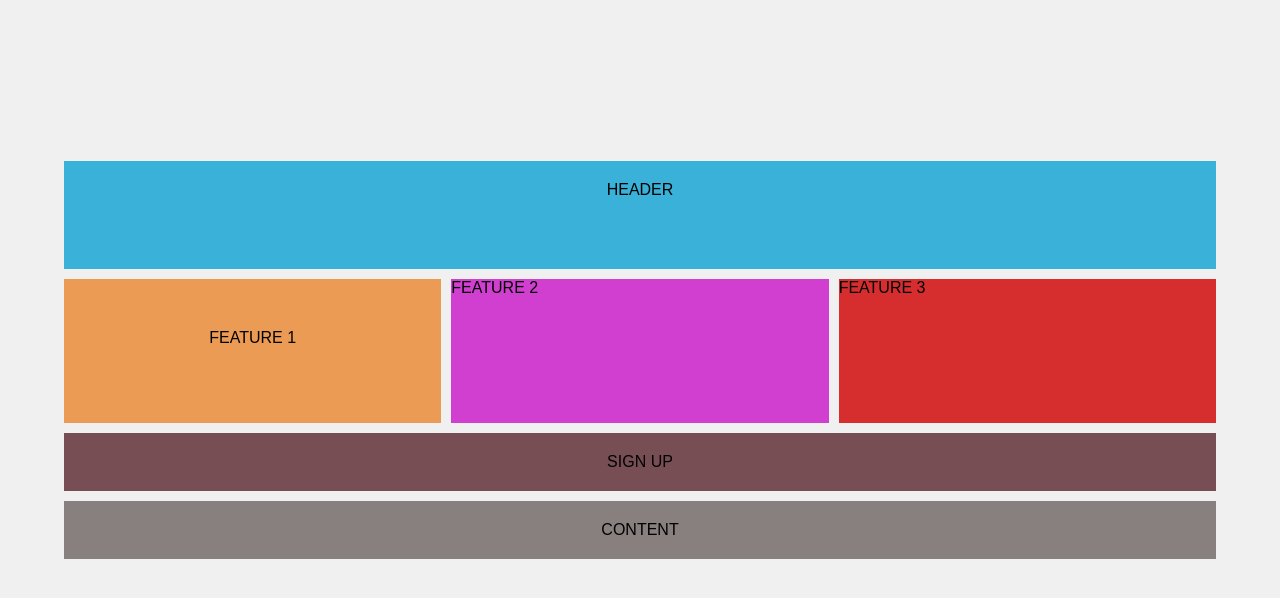
Repository: viveknaidu007/repo-152-FSD-InnomaticsTasksSep2024
Page: task_3/index.html
These files come from the project's save history. The page is drawn as it stood at one moment and after the next save; the edit follows.
The browser window is 1280 px wide. The pictures show the whole page.

Above is the page before, as saved 2024-10-02 11:43:17.

After the next save:
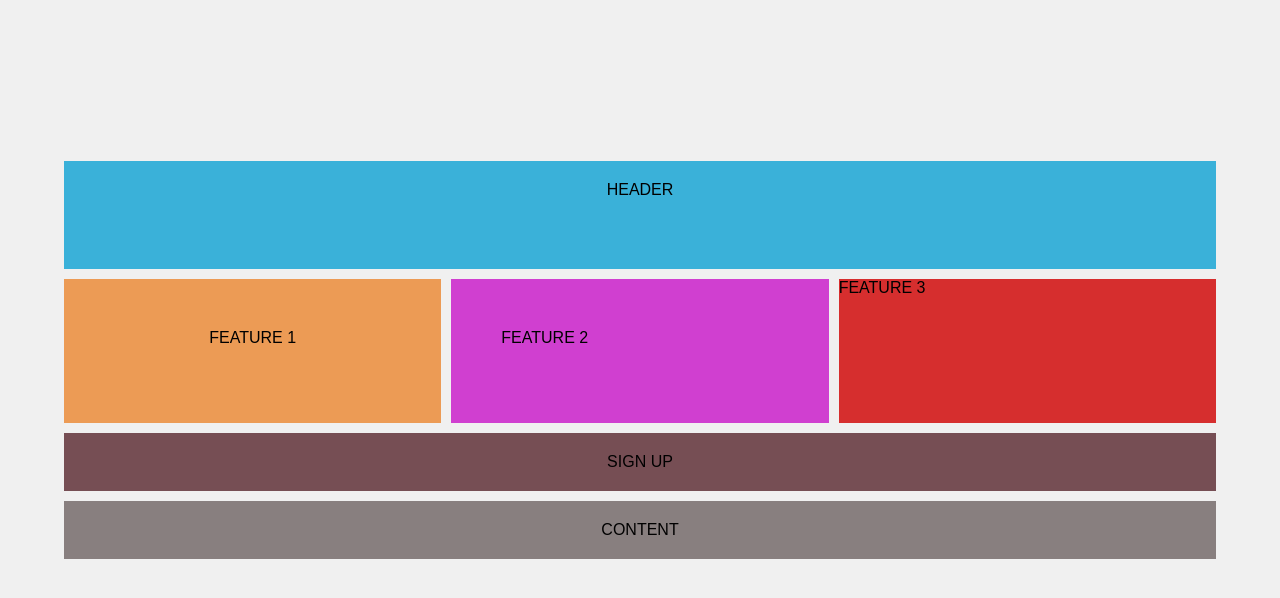
Saved 25 s later.
--- a/task_3/styles.css
+++ b/task_3/styles.css
@@ -53,10 +53,6 @@
     padding: 20px;
   }
 
-  .feature1 .feature2 .feature3{
-    text-align: center;
-    padding: 50px;
-  }
 
   .feature1 {
     background-color: #ec9b55;
@@ -67,7 +63,8 @@
 
   .feature2 {
     background-color: #d03fd0;
-    height:20vh
+    height:20vh;
+    padding: 50px;
   }
 
   .feature3 {
